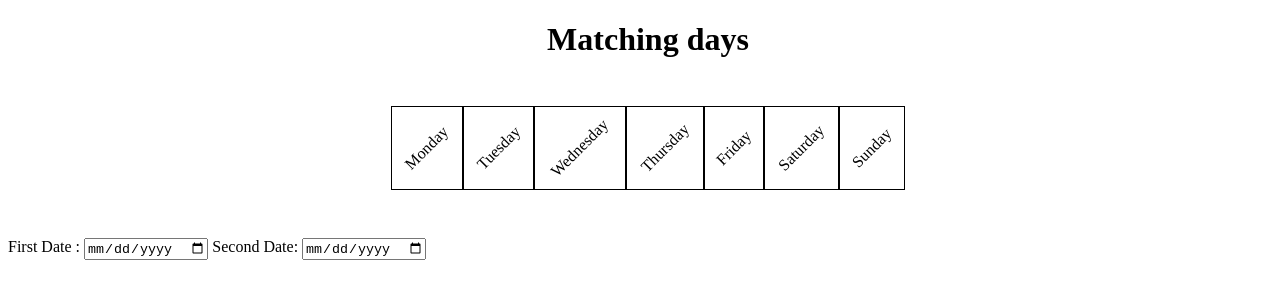
Repository: lasity34/matching-days
Page: index.html
The author's editor kept a copy of each file at every save. The page is drawn from the files as they stood at one save, then again after the next save.
The browser window is 1280 px wide. The page is 1288 px wide, so the pictures cover 1288 px, including what lies to the right of the window. The pictures show the whole page.
Some web libraries are served in a nearby version.

Above is the page before, as saved 2023-05-10 10:22:18.

After the next save:
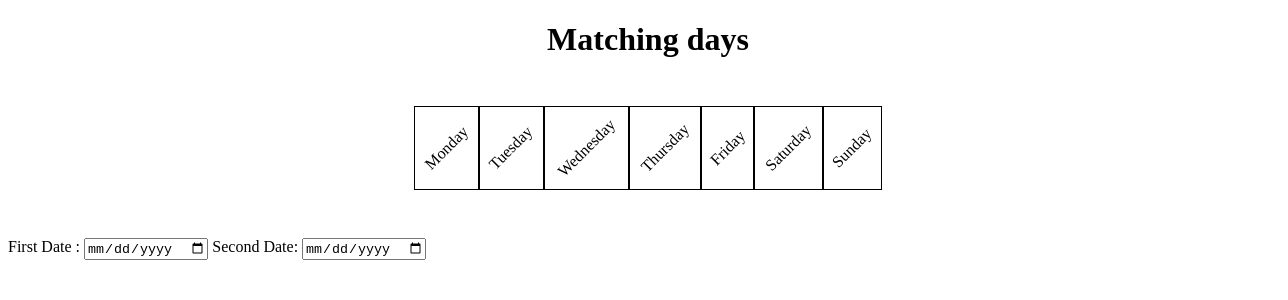
Saved 17 s later.
--- a/style.css
+++ b/style.css
@@ -16,7 +16,7 @@ h1 {
 
 .day_box {
     border: 1px solid black;
-    padding: 1em 0.5em;
+    padding: 1em 0.3em;
 
 }
 
